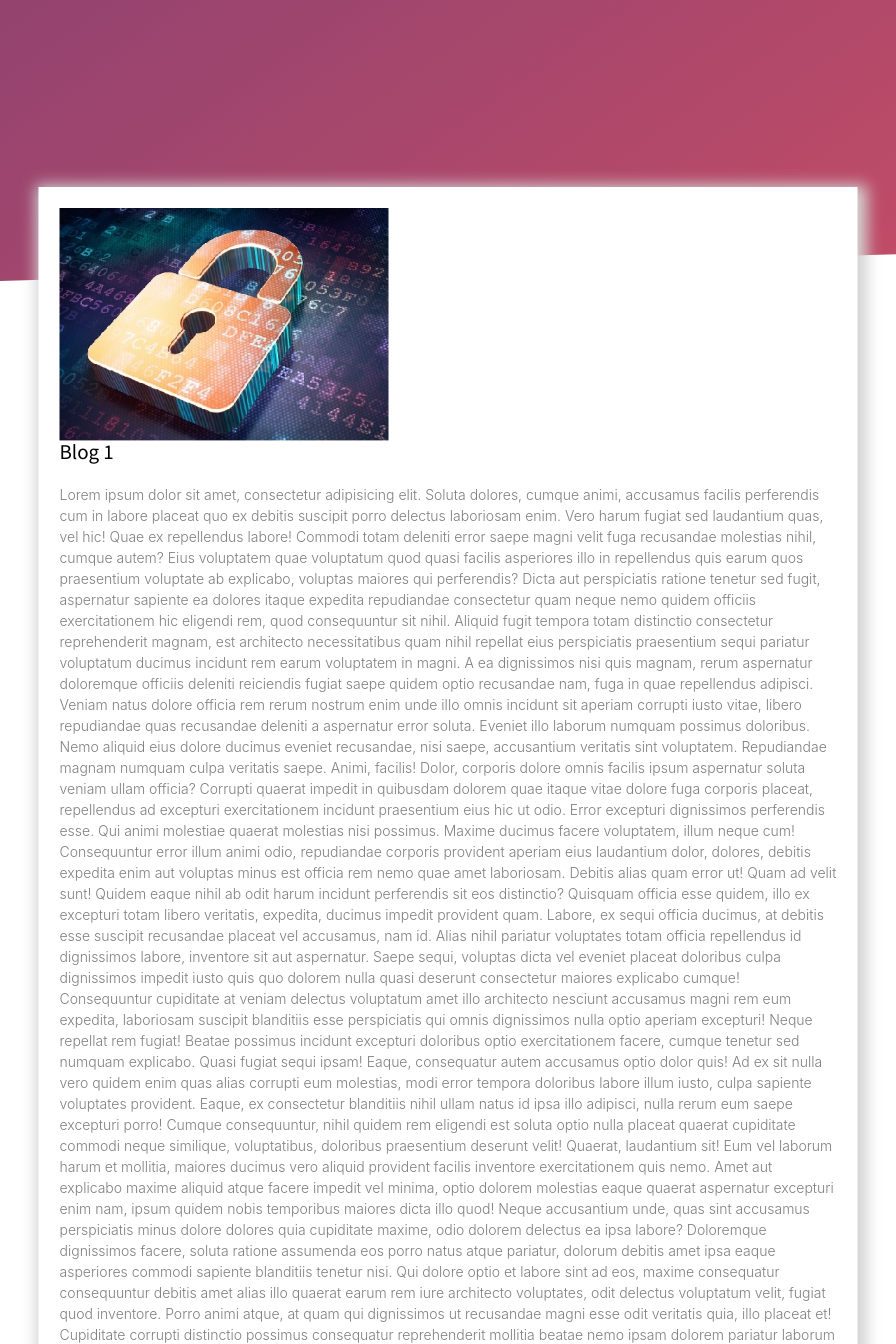
Repository: agarwalrahul-22/acs
Page: /blog/1
The author's editor kept a copy of each file at every save. The page is drawn from the files as they stood at one save, then again after the next save.
The browser window is 1280 px wide. The pictures show the part of the page from y = 483 to 2403 px (the page is 3896 px tall before and 4526 px after), at 70% of full size.
Some web fonts or font styles are not loaded; a fallback is used. The project was rebuilt for these pictures with package versions that can differ from the ones it lists, and the page was loaded fresh each time. Also part of the build but not shown: src/components/main/LandingComponent.js, src/components/main/TechComponent.js, src/components/main/ImpactComponent.js, src/components/main/ServicesComponent.js, src/components/main/CitiesComponent.js, src/components/MainComponent.js, src/components/BlogComponent.js.

Above is the page before, as saved 2022-10-10 23:23:46.

After the next save:
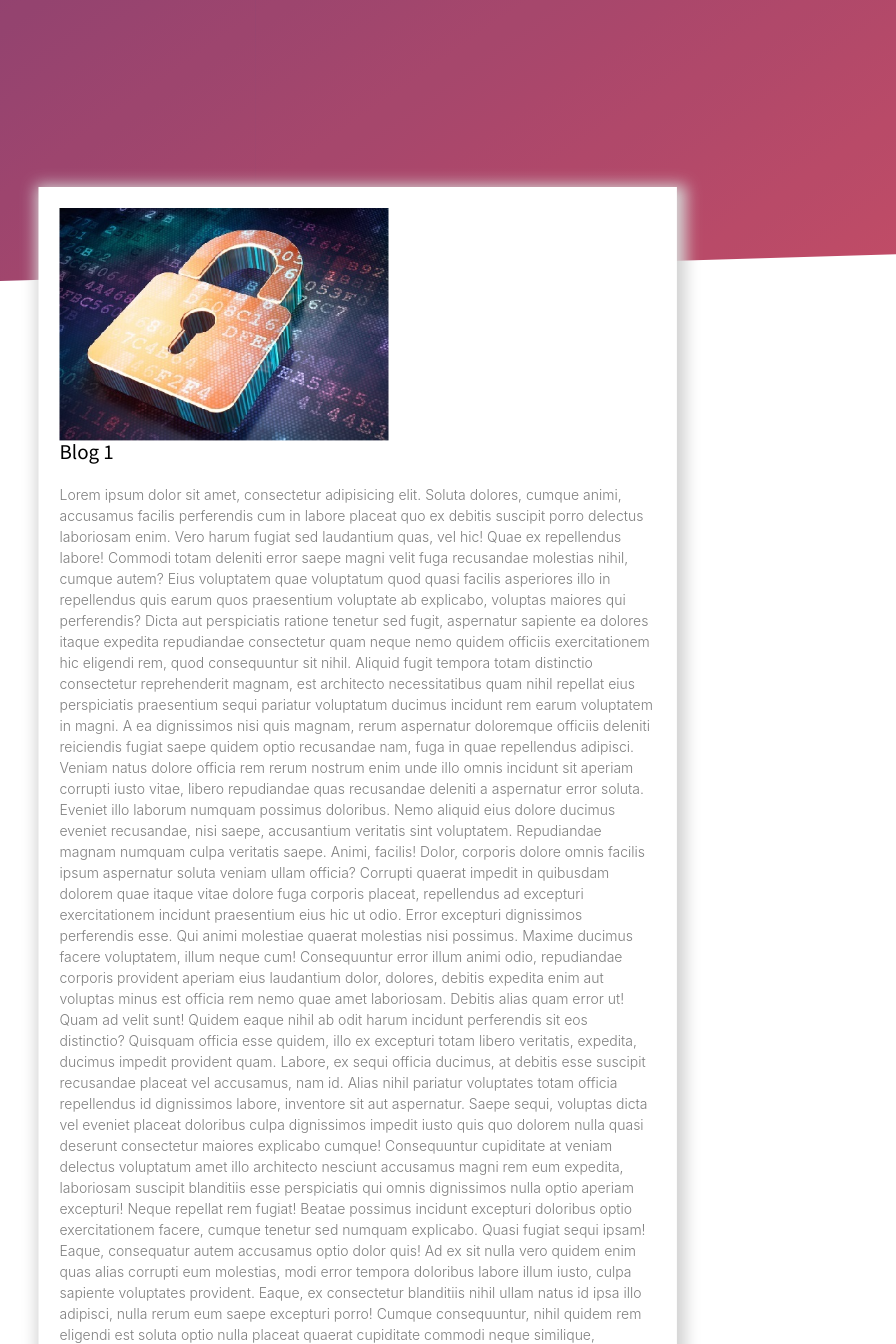
Saved 78 s later.
--- a/src/components/IBlogComponent.js
+++ b/src/components/IBlogComponent.js
@@ -28,6 +28,7 @@
               backgroundColor: "white",
               padding: "30px",
               boxShadow: "5px 5px 20px 8px lightgrey",
+              width: '80%'
             }}
           >
             <div className="col-12">

After the 3 saves that followed:
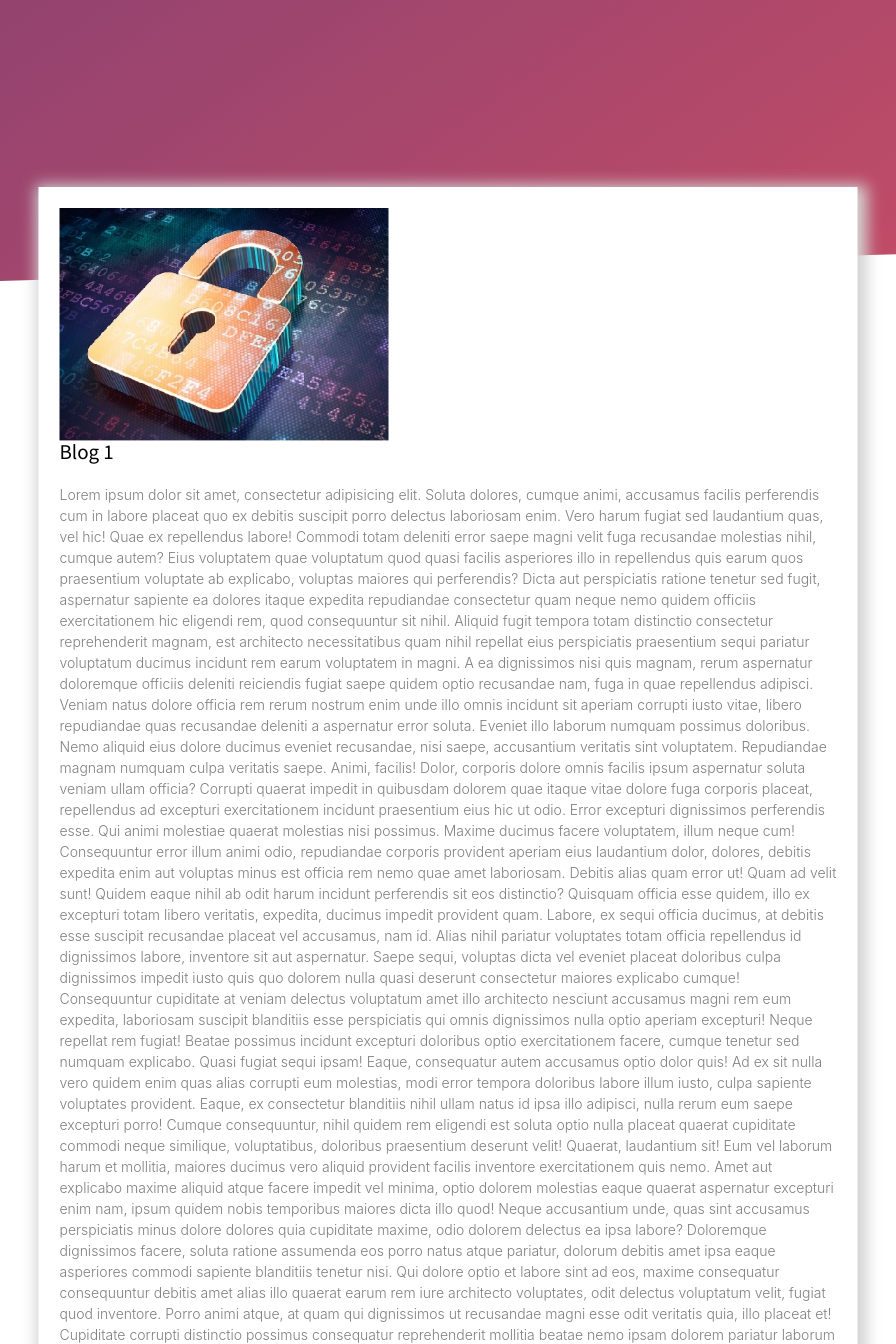
The 3 saves are shown as one change because 2 left the picture as it was.
The last was saved 2 min 31 s later.
--- a/src/components/IBlogComponent.js
+++ b/src/components/IBlogComponent.js
@@ -28,7 +28,6 @@
               backgroundColor: "white",
               padding: "30px",
               boxShadow: "5px 5px 20px 8px lightgrey",
-              width: '80%'
             }}
           >
             <div className="col-12">
